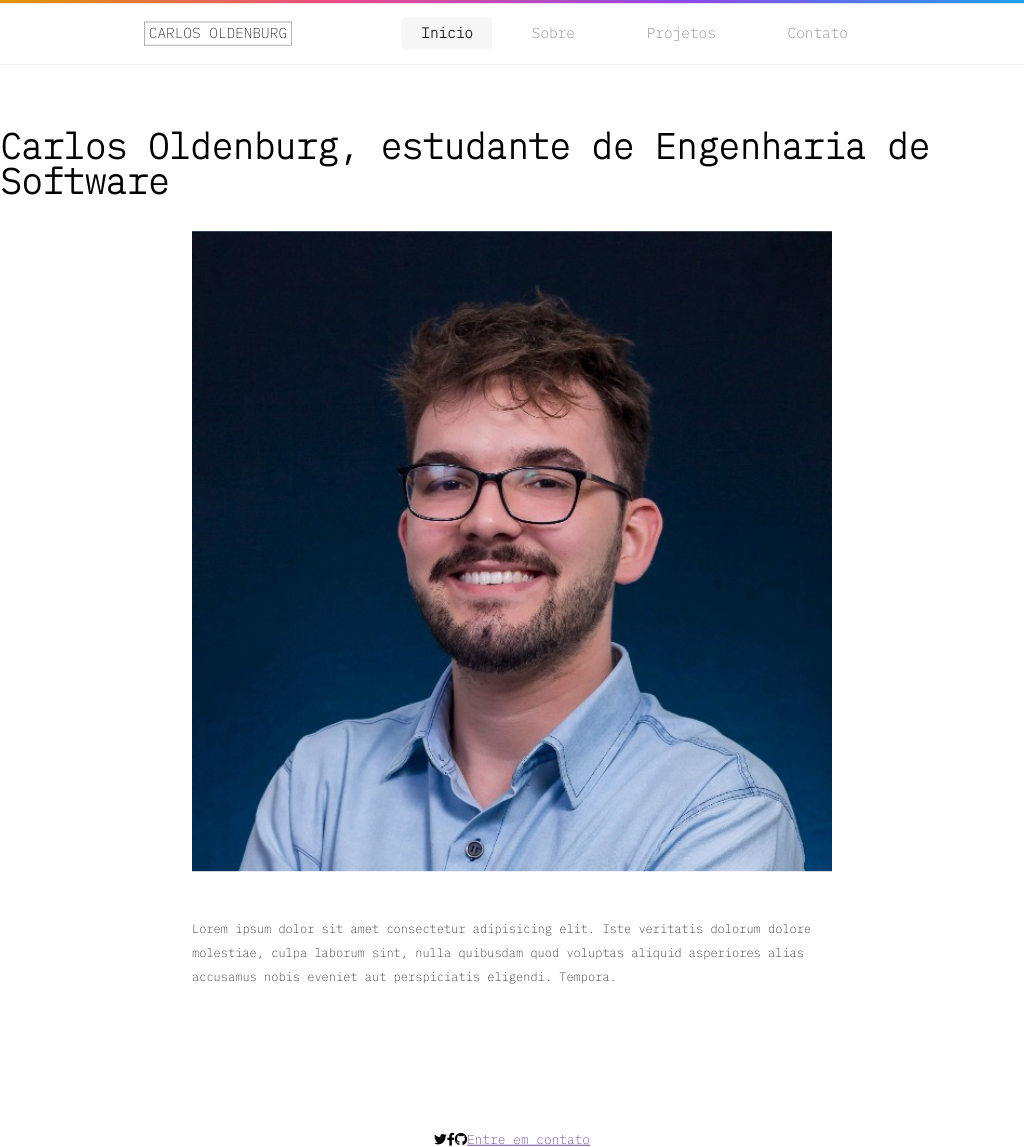
Repository: Carolden/PortfolioCrie
Page: index.html
The author's editor kept a copy of each file at every save. The page is drawn from the files as they stood at one save, then again after the next save.
The browser window is 1280 px wide. The pictures show the whole page, at 80% of full size.

Above is the page before, as saved 2023-05-22 13:20:26.

After the next save:
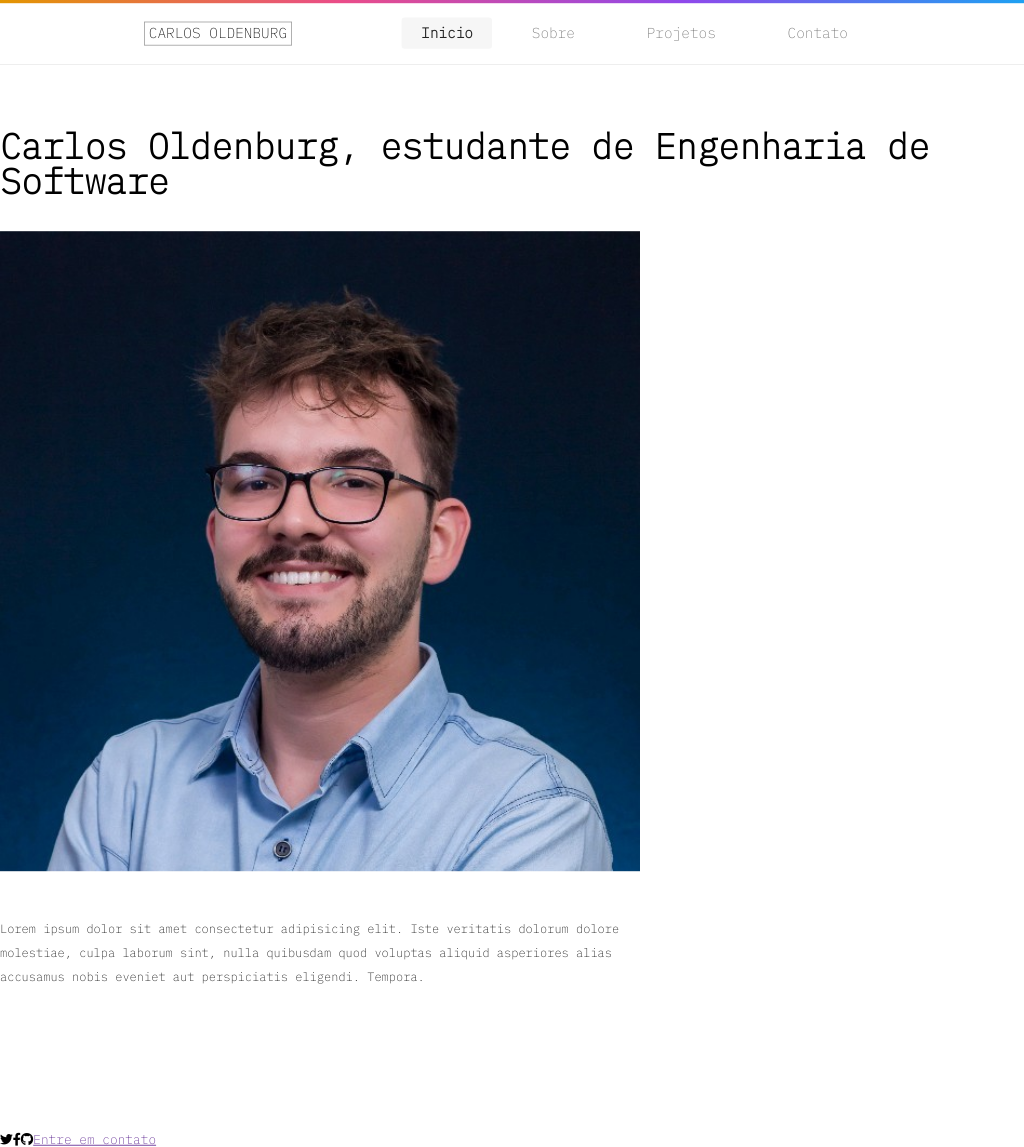
Saved 2 min 10 s later.
--- a/styles/layout/index__section.css
+++ b/styles/layout/index__section.css
@@ -1,7 +1,7 @@
 .index__section {
     display: flex;
     flex-direction: column;
-    align-items: center;
+    /* align-items: center; */
     border-top: 1px solid #EAEAEA;
     padding-top: 80px;
 }

After the save that followed:
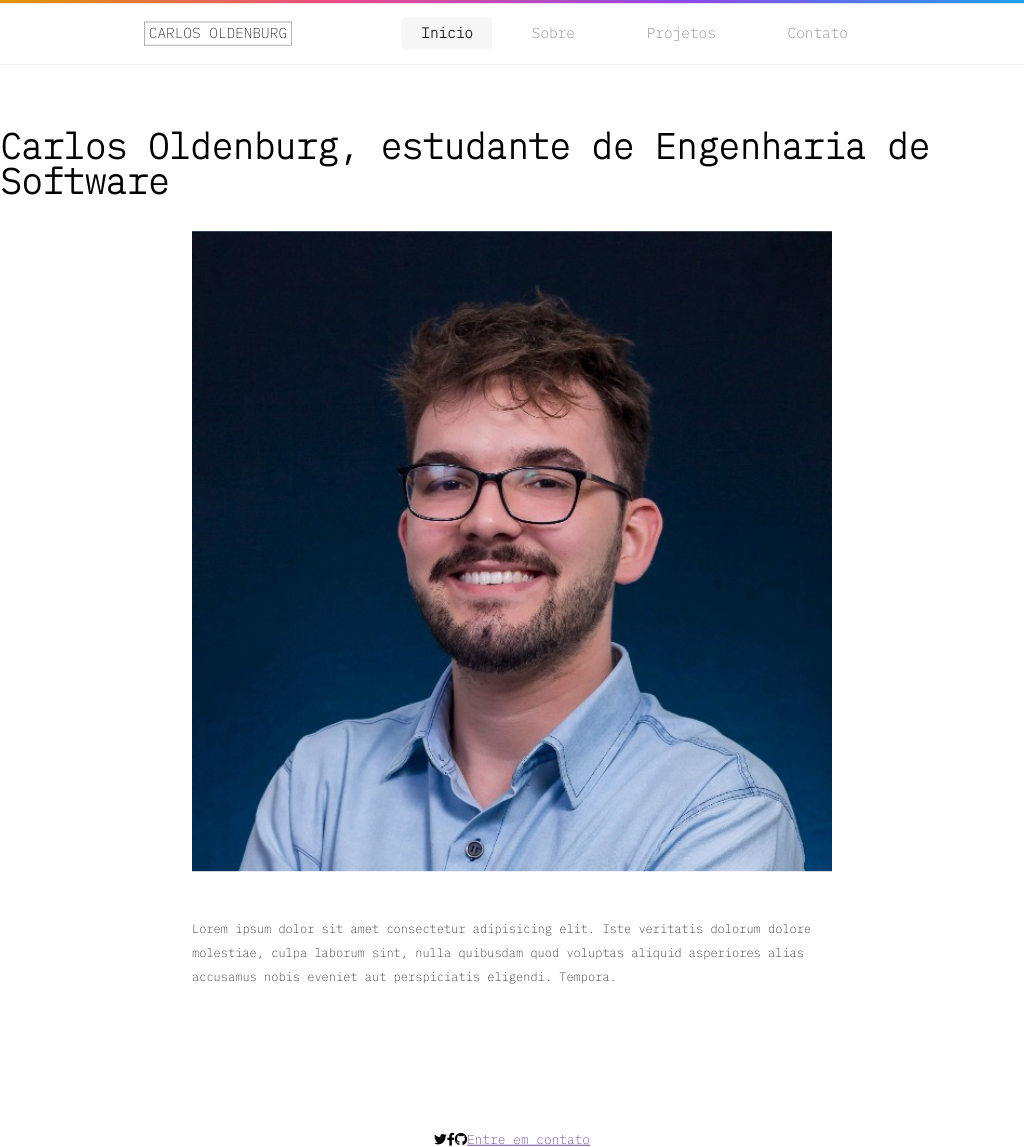
Saved 7 s later.
--- a/styles/layout/index__section.css
+++ b/styles/layout/index__section.css
@@ -1,7 +1,7 @@
 .index__section {
     display: flex;
     flex-direction: column;
-    /* align-items: center; */
+    align-items: center;
     border-top: 1px solid #EAEAEA;
     padding-top: 80px;
 }
